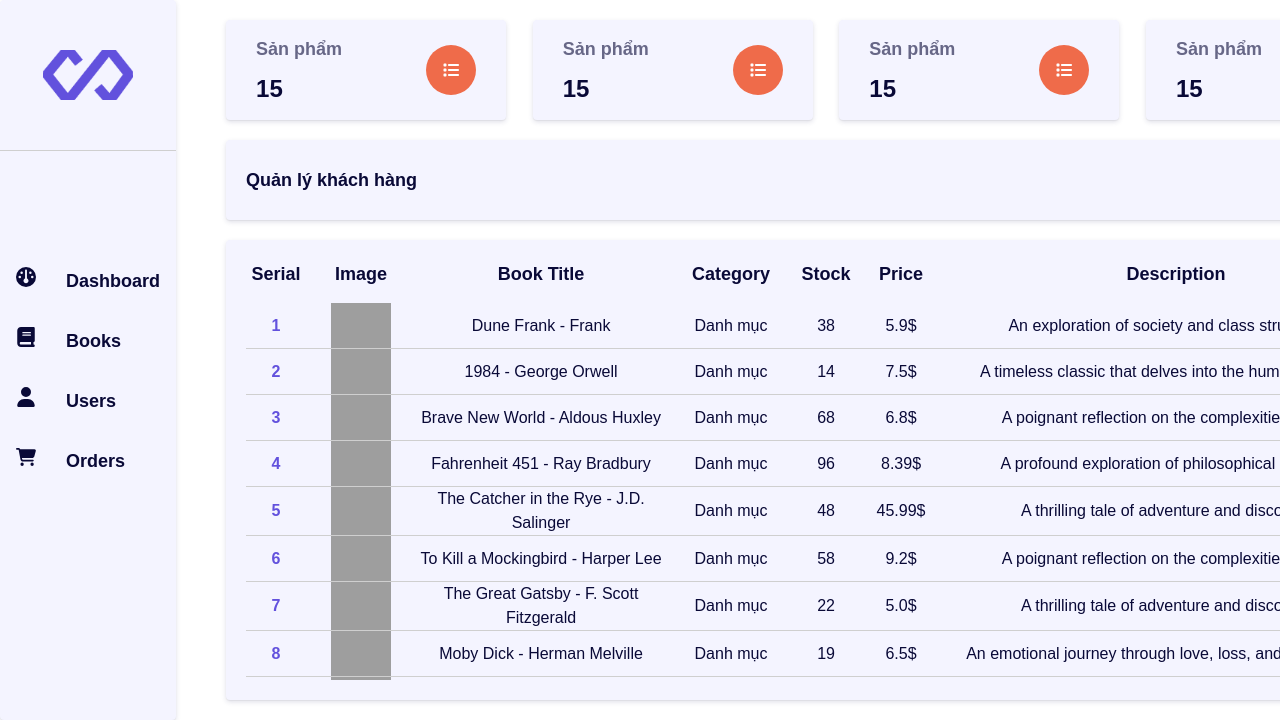
Repository: kauittt/BookStore_FE
Page: / (app in book-store/)
The author's editor kept a copy of each file at every save. The page is drawn from the files as they stood at one save, then again after the next save.
The browser window is 1280 px wide. The pictures show the whole page.
Pictures or frames that could not be fetched are drawn as grey boxes. An inner scrolling area shows only its first screen. The project was rebuilt for these pictures with package versions that can differ from the ones it lists, and the page was loaded fresh each time. Also part of the build but not shown: book-store/vite.config.js, book-store/src/components/elements/FormInput.jsx, book-store/src/components/login-signup/Login.jsx, book-store/src/components/book/BookItem.jsx, book-store/src/components/book/BookList.jsx, book-store/src/components/elements/BackNavigation.jsx, book-store/src/components/book/BookDetail.jsx, book-store/src/components/cart/QuantitySelector.jsx and 4 more.

Above is the page before, as saved 2024-07-20 12:36:02.

### book-store/src/App.jsx
import Login from "./components/login-signup/Login";
import BookItem from "./components/book/BookItem";
import BookList from "./components/book/BookList";
import BookDetail from "./components/book/BookDetail";
import CartItem from "./components/cart/CartItem";
import Cart from "./components/cart/Cart";
import Checkout from "./components/checkout/Checkout";
import AdminNav from "./components/admin/AdminNav";
import ManageList from "./components/admin/ManageList";
import AdminPage from "./components/admin/AdminPage";
import Card from "./components/elements/Card";

const App = () => {
    //! Width - Height: 1536 - 703
    //! 270 - 255
    //! Width: 0.9
    //! Height: 0.585

    //* Semibold - Normal
    //* 3xl (Tiêu đề to) - lg (To hơn bình thường) - sm (Chú thích nhỏ) - Normal

    const data = [
        {
            image: "https://nhasachphuongnam.com/images/thumbnails/240/290/detailed/287/con-duong-hoi-giao-tb-2024.jpg",
            price: "5.9",
            name: "Dune Frank ",
            author: "Frank ",
        },
        {
            image: "https://i.pinimg.com/474x/57/70/55/5770553158ceac5870925fd79f9699eb.jpg",
            price: "7.5",
            name: "1984",
            author: "George Orwell",
        },
        {
            image: "https://listsach.com/wp-content/uploads/2020/05/bia-sach-dep-ngoi-nha-nghin-hanh-lang.jpg",
            price: "6.8",
            name: "Brave New World",
            author: "Aldous Huxley",
        },
        {
            image: "https://listsach.com/wp-content/uploads/2020/05/quyen-sach-co-bia-dep-khong-gia-dinh.jpg",
            price: "8.39",
            name: "Fahrenheit 451",
            author: "Ray Bradbury",
        },
        {
            image: "https://salt.tikicdn.com/cache/w1200/ts/product/03/ee/cc/9e91a112fb77049e9167f41ef62f832e.jpeg",
            price: "45.99",
            name: "The Catcher in the Rye",
            author: "J.D. Salinger",
        },
        {
            image: "https://intamphuc.vn/wp-content/uploads/2023/06/mau-bia-sach-dep-4.jpg",
            price: "9.2",
            name: "To Kill a Mockingbird",
            author: "Harper Lee",
        },
        {
            image: "https://vietart.co/blog/wp-content/uploads/2014/01/2_thiet_ke_bia_sach_dep_20.jpg",
            price: "5.0",
            name: "The Great Gatsby",
            author: "F. Scott Fitzgerald",
        },
        {
            image: "https://thegioidohoa.com/wp-content/uploads/2017/08/tong-hop-20-mau-bia-sach-doc-dao-nhat-nam-2017-7.jpg",
            price: "6.5",
            name: "Moby Dick",
            author: "Herman Melville",
        },
        {
            image: "https://encrypted-tbn0.gstatic.com/images?q=tbn:ANd9GcRVxy22da304ThgqLt9eKkHoYNLhIEgOL5vLCuA0X--bl323dKTKr0Q_H8tqkGQcfgcqA8&usqp=CAU",
            price: "7.8",
            name: "War and Peace",
            author: "Leo Tolstoy",
        },
        {
            image: "https://intamphuc.vn/wp-content/uploads/2023/06/mau-bia-sach-dep-2.jpg",
            price: "6.0",
            name: "Pride and Prejudice",
            author: "Jane Austen",
        },
    ];

    // Các mô tả mẫu để sử dụng
    const descriptions = [
        "A timeless classic that delves into the human psyche.",
        "An exploration of society and class struggles.",
        "A thrilling tale of adventure and discovery.",
        "A thought-provoking story that challenges conventional wisdom.",
        "A masterpiece of modern literature.",
        "A poignant reflection on the complexities of life.",
        "A gripping narrative that captivates the reader from start to finish.",
        "An emotional journey through love, loss, and redemption.",
        "A profound exploration of philosophical themes.",
        "An unforgettable story of courage and resilience.",
    ];

    // Hàm tạo số lượng ngẫu nhiên từ 1 đến 100
    function getRandomQuantity() {
        return Math.floor(Math.random() * 100) + 1;
    }

    // Hàm tạo mô tả ngẫu nhiên từ danh sách mô tả mẫu
    function getRandomDescription() {
        const index = Math.floor(Math.random() * descriptions.length);
        return descriptions[index];
    }

    // Tạo dữ liệu đa dạng cho mảng data
    const enhancedData = data.map((item) => ({
        ...item,
        quantity: getRandomQuantity(),
        description: getRandomDescription(),
    }));

    const detail = {
        image: "https://nhasachphuongnam.com/images/thumbnails/240/290/detailed/287/con-duong-hoi-giao-tb-2024.jpg",
        price: "5.9",
        name: "Dune",
        author: "Frank Herbert ",
        quantity: 10,
        description:
            "Contrary to popular belief, Lorem Ipsum is not simply random text. It has roots in a piece of classical Latin literature from 45 BC, making it over 2000 years old. Richard McClintock, a Latin professor at Hampden-Sydney College in Virginia, looked up one of the more obscure Latin words, consectetur, from a Lorem Ipsum passage, and going through the cites of the word in classical literature, discovered the undoubtable source. Lorem Ipsum comes from sections",
    };

    //! Sửa chổ quantity*price trong tính cart, checkout
    return (
        // container mx-auto
        <div className="text-text-normal  cursor-default select-none">
            {/* <Card name="Sản phẩm" quantity="15" icon={faList}></Card> */}

            <AdminPage books={enhancedData}></AdminPage>
            {/* <ManageList books={enhancedData}></ManageList> */}
            {/* <AdminNav></AdminNav> */}
            {/* <Checkout books={enhancedData}></Checkout> */}
            {/* <Cart books={enhancedData}></Cart> */}
            {/* <CartItem book={detail}></CartItem> */}
            {/* <BookDetail book={detail}></BookDetail> */}
            {/* <BookList title="Classic" books={data}></BookList> */}
            {/* <Login></Login> */}
        </div>
    );
};

export default App;

### book-store/src/index.css
@tailwind base;

* {
    scrollbar-width: thin;
}

@tailwind components;
@tailwind utilities;

.container {
    width: 100%;
}
@media (min-width: 640px) {
    .container {
        max-width: 640px;
    }
}
@media (min-width: 768px) {
    .container {
        max-width: 768px;
    }
    @media (min-width: 1024px) {
        .container {
            max-width: 1024px;
        }
    }
    @media (min-width: 1280px) {
        .container {
            max-width: 1280px;
        }
    }
    @media (min-width: 1400px) {
        .container,
        .container-lg,
        .container-md,
        .container-sm,
        .container-xl,
        .container-xxl {
            max-width: 1320px;
        }
    }
}

### book-store/src/components/admin/AdminNav.jsx
import PropTypes from "prop-types";
import { FontAwesomeIcon } from "@fortawesome/react-fontawesome";
import {
    faCartShopping,
    faUser,
    faBook,
    faGauge,
} from "@fortawesome/free-solid-svg-icons";

const AdminNav = () => {
    return (
        <div
            className="flex flex-col  gap-[100px]
            font-semibold text-lg  w-[260px]
            bg-bgr-main shadow-custom rounded"
        >
            <div
                className="w-full flex justify-center mt-[50px] pb-[50px]
            border-b border-border"
            >
                <img
                    src="./image/Logo.png"
                    alt="Logo"
                    className="w-[90px] h-[50px]  object-cover"
                />
            </div>

            <div>
                <div
                    className="p-[16px]
            transition-all duration-200 ease-in-out
            group hover:bg-bgr-white hover:shadow-custom rounded
            cursor-pointer"
                >
                    <p className="flex gap-[10px]">
                        <FontAwesomeIcon
                            className="mr-[20px] w-[20px] h-[20px]"
                            icon={faGauge}
                        />
                        Dashboard
                    </p>
                </div>
                <div
                    className="p-[16px]
            transition-all duration-200 ease-in-out
            group hover:bg-bgr-white hover:shadow-custom rounded
            cursor-pointer"
                >
                    <p className="flex gap-[10px]">
                        <FontAwesomeIcon
                            className="mr-[20px] w-[20px] h-[20px]"
                            icon={faBook}
                        />
                        Books
                    </p>
                </div>
                <div
                    className="p-[16px]
            transition-all duration-200 ease-in-out
            group hover:bg-bgr-white hover:shadow-custom rounded
            cursor-pointer"
                >
                    <p className="flex gap-[10px]">
                        <FontAwesomeIcon
                            className="mr-[20px]  w-[20px] h-[20px]"
                            icon={faUser}
                        />
                        Users
                    </p>
                </div>
                <div
                    className="p-[16px]
            transition-all duration-200 ease-in-out
            group hover:bg-bgr-white hover:shadow-custom rounded
            cursor-pointer"
                >
                    <p className="flex gap-[10px]">
                        <FontAwesomeIcon
                            className="mr-[20px] w-[20px] h-[20px]"
                            icon={faCartShopping}
                        />
                        Orders
                    </p>
                </div>
            </div>
        </div>
    );
};

AdminNav.propTypes = {
    book: PropTypes.object,
};
export default AdminNav;

### book-store/src/components/admin/ManageList.jsx
import React from "react";
import PropTypes from "prop-types";
import { FontAwesomeIcon } from "@fortawesome/react-fontawesome";
import {
    faCartShopping,
    faUser,
    faBook,
    faGauge,
} from "@fortawesome/free-solid-svg-icons";
import ManageItem from "./ManageItem";
import FormButton from "./../elements/FormButton";
const ManageList = (props) => {
    console.log(window.innerHeight);
    const category = [
        {
            group: "Order",
            fields: [
                { name: "Serial", width: "50px" },
                { name: "Customer Name", width: "150px" },
                { name: "Book Title", width: "150px" },
                { name: "Quantity", width: "100px" },
                { name: "Price", width: "100px" },
                { name: "Phone Number", width: "100px" },
                { name: "Address", flex: "1" }, // Use flex for flexible widths
            ],
        },
        {
            group: "Book",
            fields: [
                { name: "Serial", style: "w-[60px] text-center" },
                { name: "Image", style: "w-[80px] text-center" },
                { name: "Book Title", style: "w-[250px] text-center" },
                { name: "Category", style: "w-[100px] text-center" },
                { name: "Stock", style: "w-[60px] text-center" },
                { name: "Price", style: "w-[60px] text-center" },
                { name: "Description", style: "flex-1 text-center" },
            ],
        },
        {
            group: "User",
            fields: [
                { name: "Serial", width: "50px" },
                { name: "Username", width: "150px" },
                { name: "Name", width: "200px" },
                { name: "Role", width: "100px" },
                { name: "Email", width: "200px" },
                { name: "Phone Number", width: "150px" },
                { name: "Address", flex: "1" },
            ],
        },
    ];

    return (
        <div
            className="max-w-[1200px] w-[1200px] p-[20px]
        flex flex-col gap-[15px] bg-bgr-main shadow-custom rounded
        overflow-y-auto"
        >
            {/*//* Category */}
            <div
                className="flex justify-between items-center gap-[15px]
            font-semibold text-lg"
            >
                {category[1].fields.map((field, index) => (
                    <p key={index} className={`${field.style} `}>
                        {field.name}
                    </p>
                ))}
            </div>

            {/*//* List Item */}
            <div className="flex flex-col max-h-full overflow-y-auto">
                {props.books.map((book, index) => (
                    <ManageItem
                        data={book}
                        category={category[1].fields}
                        key={index}
                        index={index}
                    ></ManageItem>
                ))}
            </div>

            {/* <div className="flex justify-end">
                <FormButton name="Checkout"></FormButton>
            </div> */}
        </div>
    );
};
ManageList.propTypes = {
    books: PropTypes.array,
};
export default ManageList;

### book-store/src/components/admin/AdminPage.jsx
import React from "react";
import PropTypes from "prop-types";
import ManageList from "./ManageList";
import AdminNav from "./AdminNav";
import Card from "./../elements/Card";
import ManageTitle from "./ManageTitle";
import { FontAwesomeIcon } from "@fortawesome/react-fontawesome";
import {
    faCircleUser,
    faCartShopping,
    faHandHoldingDollar,
    faList,
} from "@fortawesome/free-solid-svg-icons";

const AdminPage = (props) => {
    return (
        <div
            className="flex gap-[30px] justify-between
        max-h-screen overflow-hidden
        "
        >
            <AdminNav></AdminNav>
            <div className="flex flex-col gap-[20px] p-[20px] ">
                <div className="flex justify-between items-center ">
                    <Card name="Sản phẩm" quantity={15} icon={faList}></Card>
                    <Card name="Sản phẩm" quantity={15} icon={faList}></Card>
                    <Card name="Sản phẩm" quantity={15} icon={faList}></Card>
                    <Card name="Sản phẩm" quantity={15} icon={faList}></Card>
                </div>
                <ManageTitle
                    name="Quản lý khách hàng"
                    button="Add User"
                ></ManageTitle>
                <ManageList books={props.books}></ManageList>
            </div>
        </div>
    );
};

AdminPage.propTypes = {
    books: PropTypes.array,
};
export default AdminPage;

### book-store/src/components/elements/Card.jsx
import React from "react";
import PropTypes from "prop-types";
import { FontAwesomeIcon } from "@fortawesome/react-fontawesome";
import {
    faCircleUser,
    faCartShopping,
    faHandHoldingDollar,
    faList,
} from "@fortawesome/free-solid-svg-icons";
const Card = (props) => {
    return (
        <div
            className="flex items-center justify-between
            w-[280px] h-[100px] bg-bgr-main p-[30px]
        rounded shadow-custom"
        >
            <div className="flex flex-col gap-[10px]">
                <p className="text-lg text-text-light font-semibold">
                    {props.name}
                </p>
                <p className="text-2xl font-semibold">{props.quantity}</p>
            </div>
            <FontAwesomeIcon
                className="p-[17px] rounded-full
             bg-bgr-color text-text-white"
                icon={props.icon}
            />
            {/* <FontAwesomeIcon icon={faCartShopping} />
            <FontAwesomeIcon icon={faHandHoldingDollar} />
            <FontAwesomeIcon icon={faCircleUser} /> */}
        </div>
    );
};

Card.propTypes = {
    name: PropTypes.string,
    quantity: PropTypes.number,
    icon: PropTypes.object,
    color: PropTypes.string,
};
export default Card;

### book-store/src/components/elements/FormButton.jsx
import PropTypes from "prop-types";

const FormButton = ({
    name = "Button",
    main = true,
    type = "button",
    disabled = false,
    ...props
}) => {
    return (
        <button
            type={type}
            disabled={disabled}
            className={`m-w-[100px] w-[100px] m-h-[40px] h-[40px] leading-[40px]
            rounded text-lg font-semibold
            flex items-center justify-center
            cursor-pointer shadow-custom
            transition-all duration-200 ease-in-out
            bg-bgr-white
            ${main ? "bg-bgr-white" : "bg-bgr-white"}
            ${main ? "text-text-color" : "text-bgr-color"}
            ${
                main
                    ? "border border-text-color hover:bg-text-color hover:text-text-white"
                    : "border border-bgr-color hover:bg-bgr-color hover:text-text-white"
            }
            `}
            {...props}
        >
            {name}
        </button>
    );
};

FormButton.propTypes = {
    main: PropTypes.bool,
    name: PropTypes.string.isRequired,
    type: PropTypes.string,
    disabled: PropTypes.bool,
};

export default FormButton;

### book-store/src/components/admin/ManageItem.jsx
import PropTypes from "prop-types";
import { FontAwesomeIcon } from "@fortawesome/react-fontawesome";
import { faPen } from "@fortawesome/free-solid-svg-icons";

const ManageItem = (props) => {
    // STT | Tên khách | Tên sách | Số lượng | Giá     | Phone | Address
    // STT | Hình      | Tên sách | Danh mục | Tồn kho | Giá   | Mô tả
    // STT | Username  | Name     | Role     | Email   | Phone | Address

    const isImage = props.data.image ? true : false;
    // console.log(props.data);
    // console.log(props.category);

    return (
        <div
            className="flex justify-between  items-center
                gap-[15px] h-[80px] relative
                border-b border-border"
        >
            <p
                className={`${props.category[0].style} font-semibold text-text-color`}
            >
                {props.index + 1}
            </p>

            {isImage ? (
                <div
                    className={`${props.category[1].style} h-full
                flex items-center justify-center`}
                >
                    <img
                        className="w-[60px] h-full object-cover"
                        src={props.data.image}
                        alt="Image"
                    />
                </div>
            ) : (
                <p className={`${props.category[1].style} `}>Tăng Khải Minh</p>
            )}

            <p className={`${props.category[2].style} `}>
                {props.data.name + " - " + props.data.author}
            </p>

            <p className={`${props.category[3].style} `}>Danh mục</p>

            <p className={`${props.category[4].style} `}>
                {props.data.quantity}
            </p>

            <p className={`${props.category[5].style} `}>{props.data.price}$</p>

            <p className={`${props.category[6].style} relative`}>
                {props.data.description}
            </p>

            <div className="flex items-center relative">
                <FontAwesomeIcon
                    className="absolute right-[-40px] p-[10px] rounded cursor-pointer
                text-bgr-color
                transition-all duration-200 ease-in-out
                hover:bg-bgr-color hover:text-text-white  "
                    icon={faPen}
                />
            </div>
        </div>
    );
};
ManageItem.propTypes = {
    data: PropTypes.object,
    category: PropTypes.array,
    index: PropTypes.number,
};
export default ManageItem;

### book-store/src/components/admin/ManageTitle.jsx
import React from "react";
import PropTypes from "prop-types";
import FormButton from "./../elements/FormButton";

const ManageTitle = (props) => {
    return (
        <div
            className="flex justify-between items-center
        h-[80px] bg-bgr-main p-[20px]
            rounded shadow-custom"
        >
            <p className="font-semibold text-lg">{props.name}</p>
            <FormButton name={props.button}></FormButton>
        </div>
    );
};

ManageTitle.propTypes = {
    name: PropTypes.string,
    button: PropTypes.string,
};

export default ManageTitle;

### book-store/tailwind.config.js
/** @type {import('tailwindcss').Config} */
export default {
    content: ["./index.html", "./src/**/*.{js,ts,jsx,tsx}"],
    theme: {
        colors: {
            //* Background
            "bgr-main": "#F4F4FF",
            "bgr-color": "#EF6B4A", // Màu cam
            "bgr-color-hover": "#C2371E", // Darker for hover
            "bgr-white": "#FFFFFF",

            //* Text
            "text-normal": "#090937",
            "text-color": "#6251DD", // Màu tím
            "text-color-hover": "#4937B8", // Darker for hover
            "text-light": "#676787",
            "text-white": "#FFFFFF",
            "text-error": "#e74c3c", // Màu đỏ
            "text-error-hover": "#c0392b", // Darker for hover

            //* Border
            border: "#cfcfcf",
        },
        extend: {
            fontFamily: {
                sans: ["Manrope", "sans-serif"],
            },
            boxShadow: {
                custom: "rgba(50, 50, 105, 0.15) 0px 2px 5px 0px, rgba(0, 0, 0, 0.05) 0px 1px 1px 0px",
            },
        },
    },
    plugins: [],
};

Loaded but not shown: book-store/index.html (common file); book-store/src/main.jsx (common file)

After the next save:
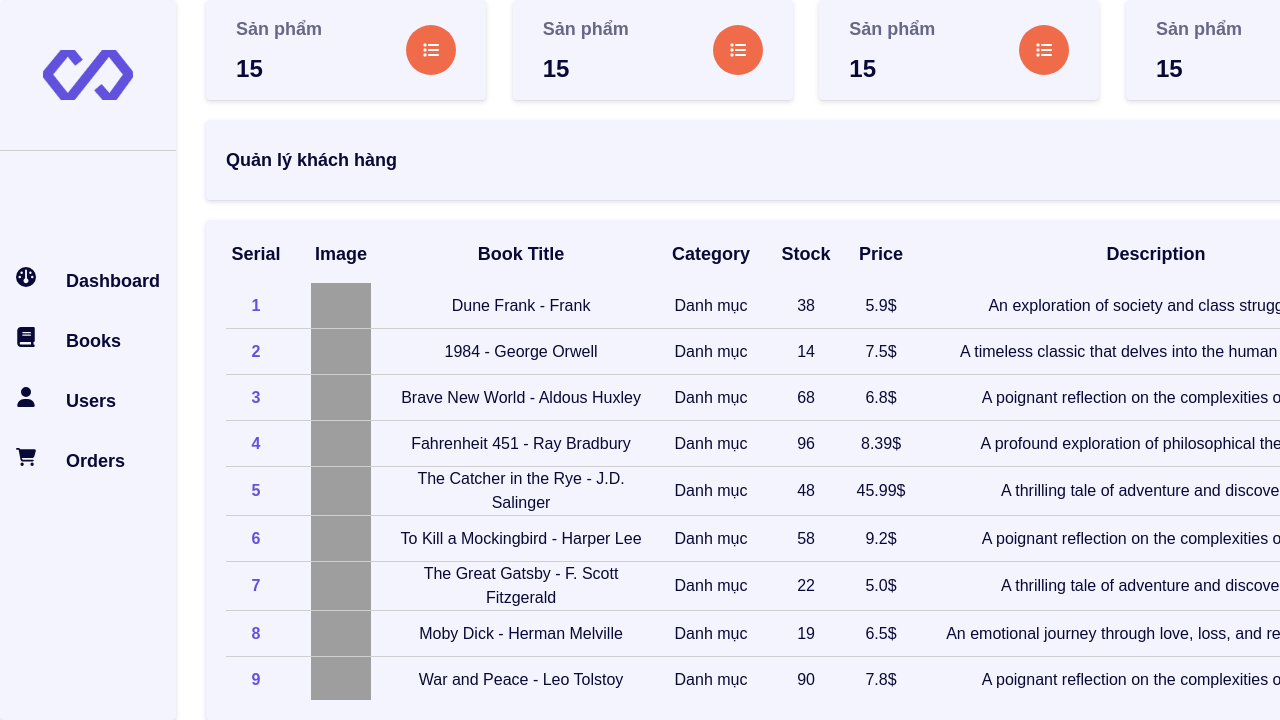
Saved 103 s later.
--- a/book-store/src/components/admin/AdminPage.jsx
+++ b/book-store/src/components/admin/AdminPage.jsx
@@ -20,7 +20,7 @@ const AdminPage = (props) => {
         "
         >
             <AdminNav></AdminNav>
-            <div className="flex flex-col gap-[20px] p-[20px] ">
+            <div className="flex flex-col gap-[20px] ">
                 <div className="flex justify-between items-center ">
                     <Card name="Sản phẩm" quantity={15} icon={faList}></Card>
                     <Card name="Sản phẩm" quantity={15} icon={faList}></Card>
